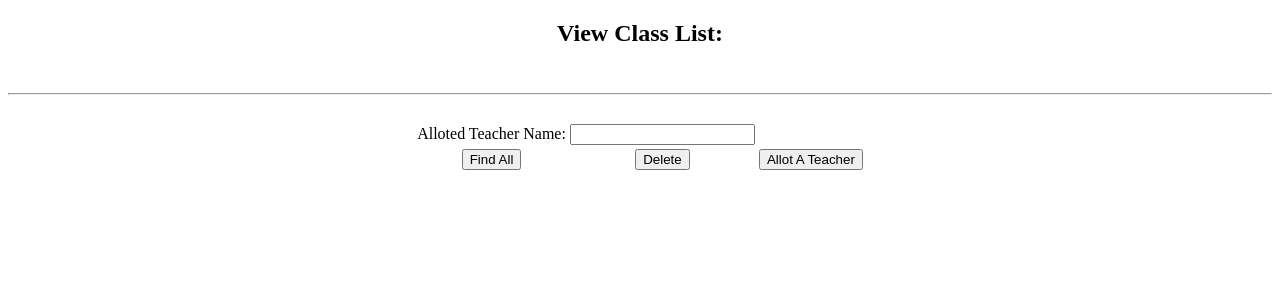
Repository: mdzeyan/JavaFSD-phase2-project
Page: Learners_Academy/src/main/webapp/AllotTeacher.html
An editor plug-in stored every save of this project. The page is shown before and after the next save, followed by the edit.
The browser window is 1280 px wide. The pictures show the whole page.

Above is the page before, as saved 2022-03-31 13:50:47.

### Learners_Academy/src/main/webapp/AllotTeacher.html
<!DOCTYPE html>
<html>
<head>
<meta charset="ISO-8859-1">
<title>Insert title here</title>
</head>
<body>

<form action="ClassBusinessesServlet" method="get">
	<h2 align="center">View Class List:</h2>
	<br>
	<hr>
	<br>
	<table align="center">


		<tr>
			<td>Alloted Teacher Name:</td>
			<td><input type="text" name="allocatedTeacher"></td>
		</tr>
		<tr>
			<td align="center"><input type="submit" value="Find All" name="button"></td>
			<td align="center"><input type="submit" value="Delete" name="button"></td>
			<td align="center"><input type="submit" value="Allot A Teacher" name="button"></td>
		</tr>

	</table>
	</form>

</body>
</html>

After the next save:
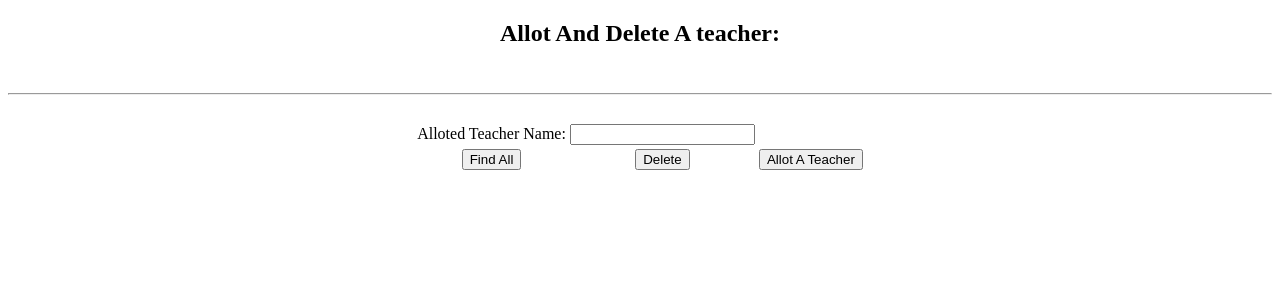
Saved 65 s later.
--- a/Learners_Academy/src/main/webapp/AllotTeacher.html
+++ b/Learners_Academy/src/main/webapp/AllotTeacher.html
@@ -7,7 +7,7 @@
 <body>
 
 <form action="ClassBusinessesServlet" method="get">
-	<h2 align="center">View Class List:</h2>
+	<h2 align="center">Allot And Delete A teacher:</h2>
 	<br>
 	<hr>
 	<br>
